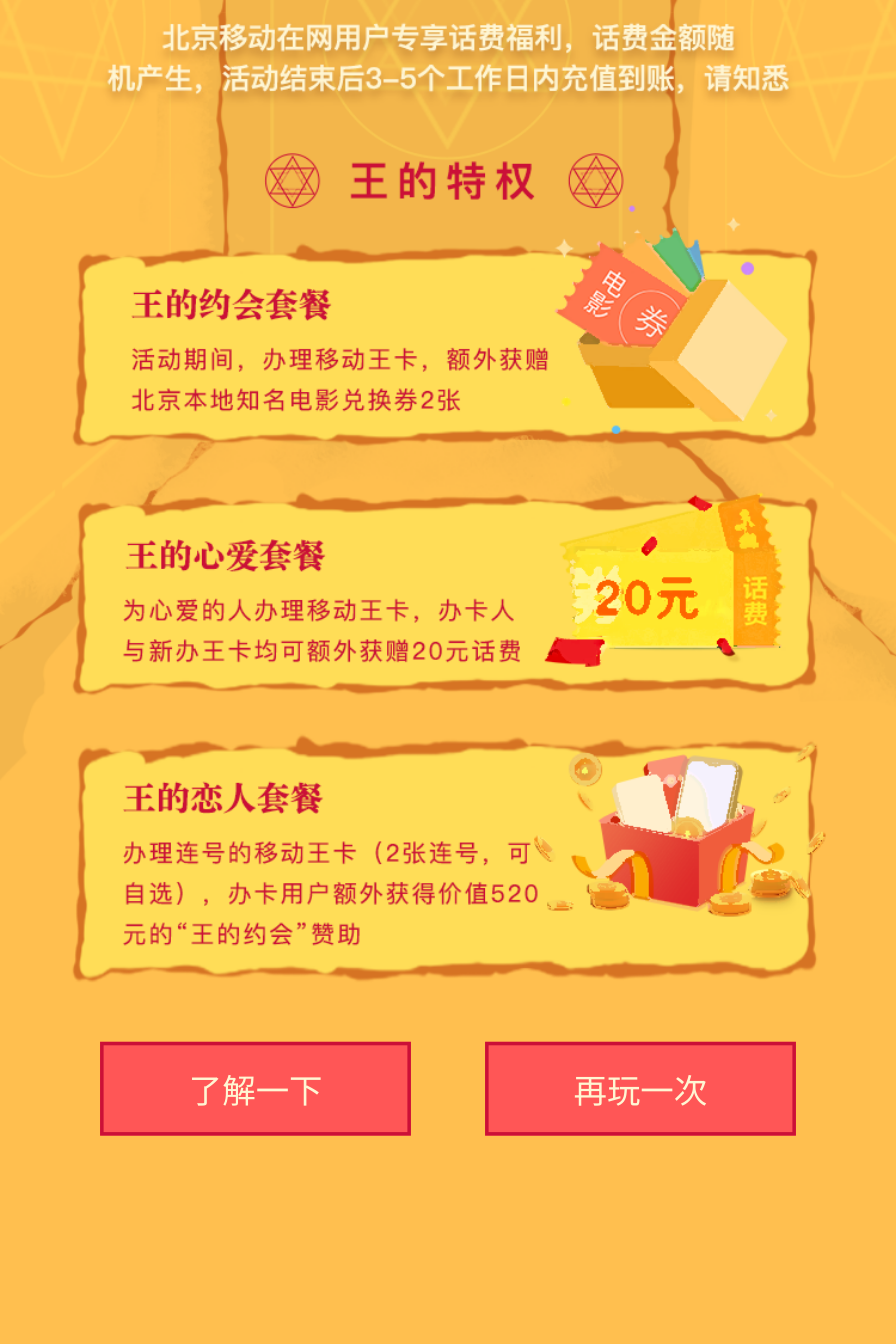
Repository: wangbiaozy/12.19
Page: lj.html
The author's editor kept a copy of each file at every save. The page is drawn from the files as they stood at one save, then again after the next save.
The browser window is 1280 px wide. The pictures show the part of the page from y = 836 to 2756 px (the page is 2756 px tall), at 70% of full size.

Above is the page before, as saved 2018-12-18 19:14:48.

After the next save:
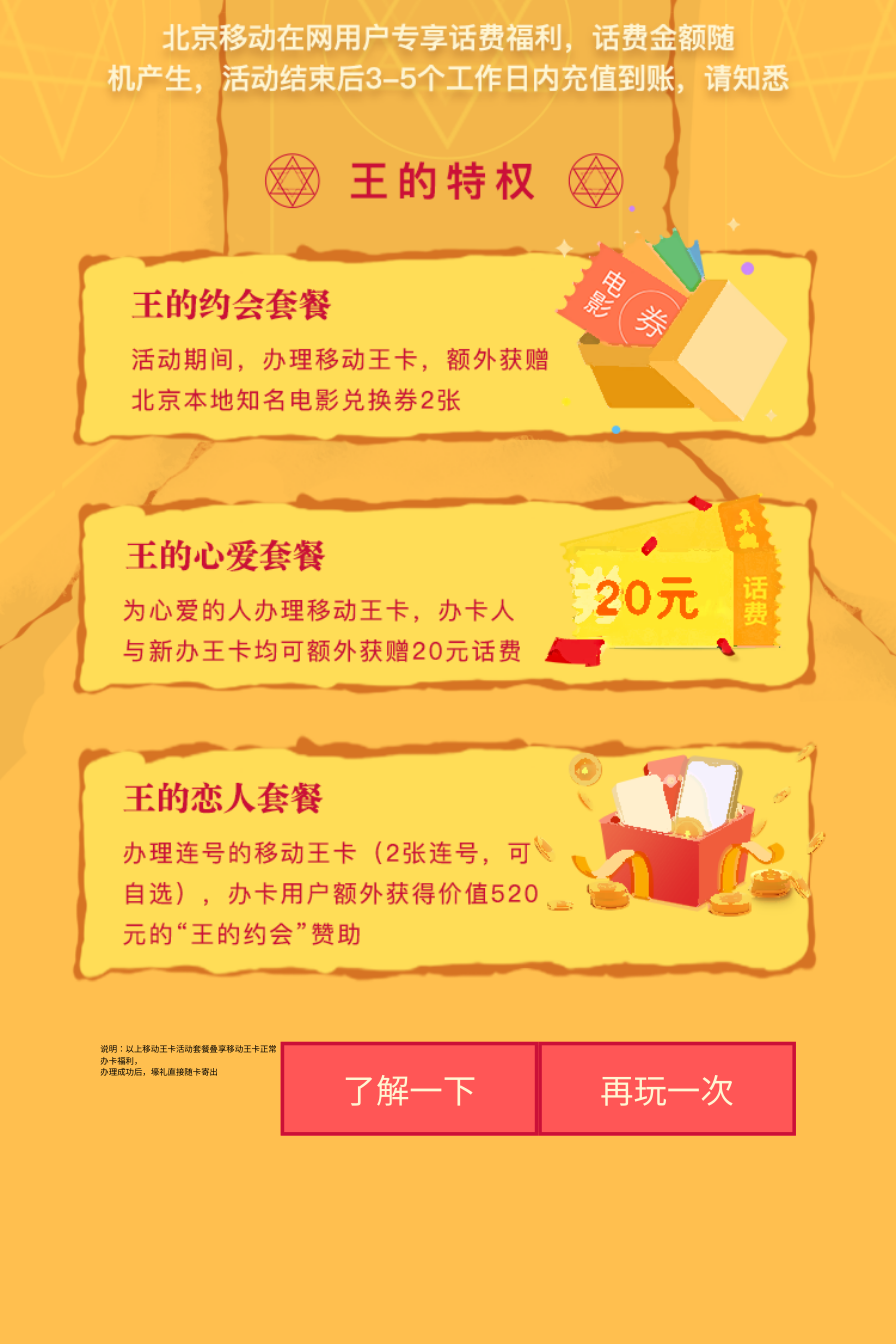
Saved 52 s later.
--- a/lj.html
+++ b/lj.html
@@ -29,6 +29,8 @@
         </header>
         <main></main>
         <footer>
+            <p>说明：以上移动王卡活动套餐叠享移动王卡正常办卡福利，<br>办理成功后，壕礼直接随卡寄出
+            </p>
             <a href="./wangka.html">了解一下</a>
             <a href="./index.html">再玩一次</a>
         </footer>
